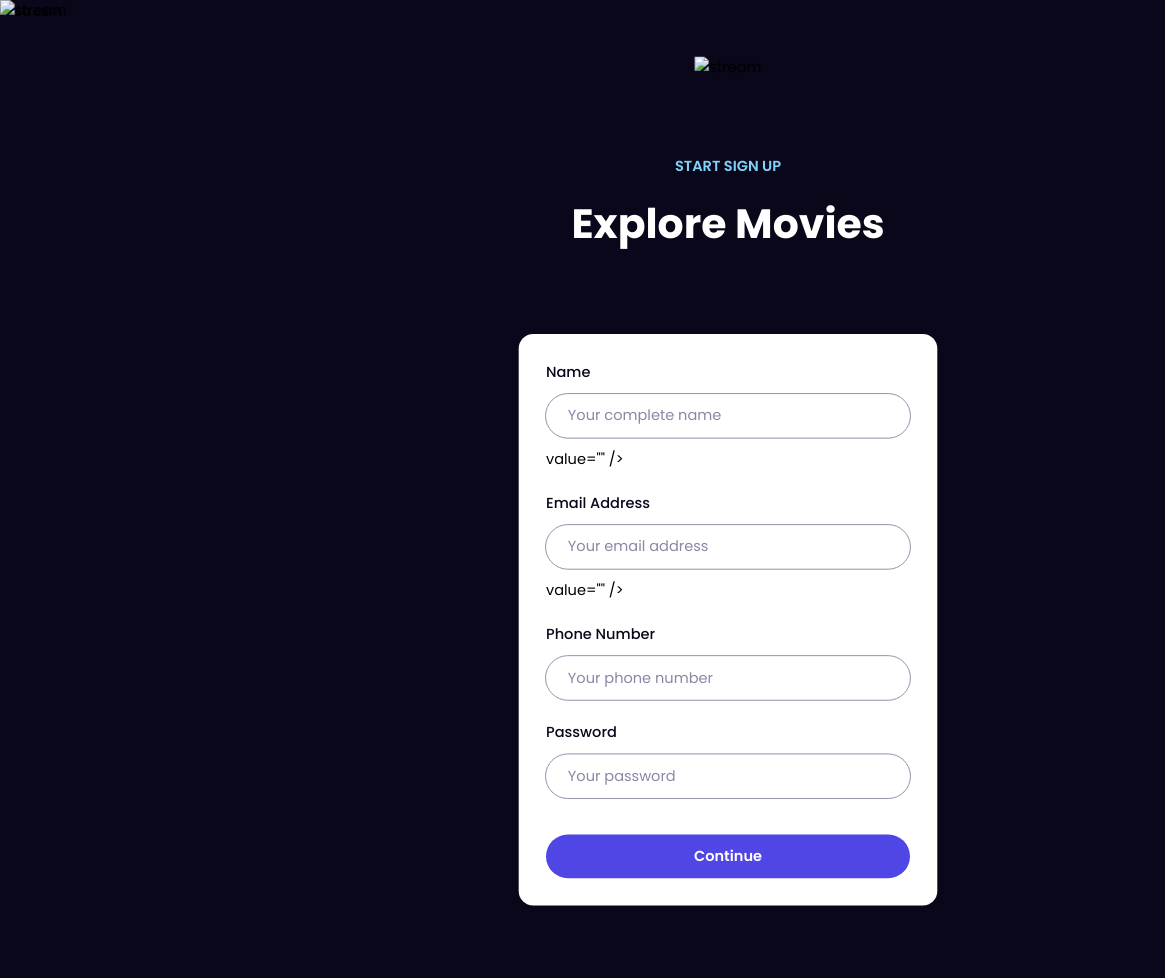
Repository: wijayakusuma-dev/stream-app
Page: http://localhost/register
These files come from the project's save history. The page is drawn as it stood at one moment and after the next save; the edit follows.
The browser window is 1280 px wide. The pictures show the whole page, at 91% of full size.
Some web libraries are served in a nearby version. The page is served by the project's Laravel application, run on PHP 8.4 with Laravel 9.

Above is the page before, as saved 2023-02-07 12:09:24.

After the next save:
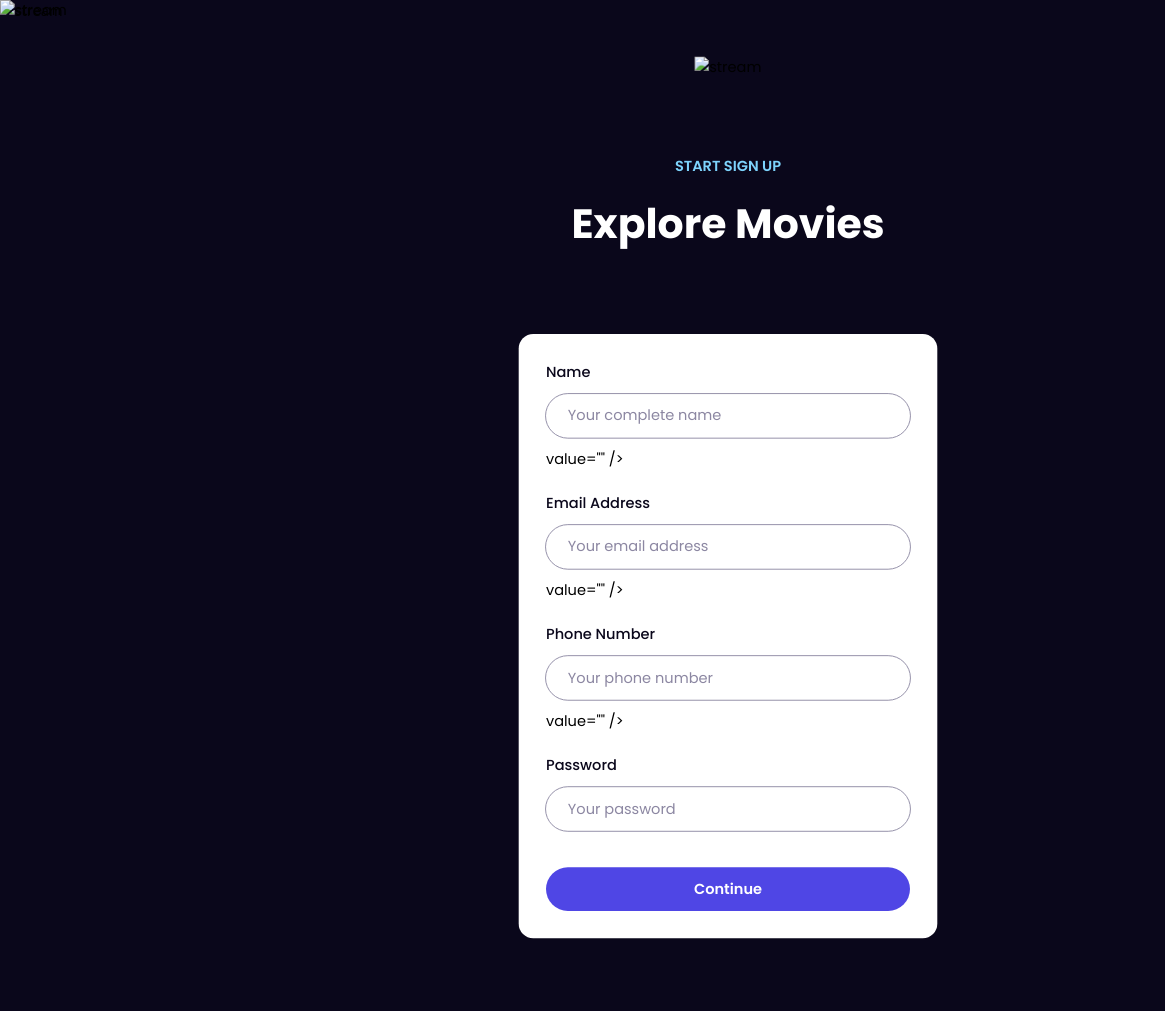
Saved 18 s later.
--- a/resources/views/member/register.blade.php
+++ b/resources/views/member/register.blade.php
@@ -80,6 +80,7 @@
                                     name="phone_number"
                                     class="rounded-full py-3 pr-3 pl-6 text-stream-dark placeholder:text-stream-gray placeholder:font-normal font-medium outline outline-stream-gray outline-1 text-base focus:outline-indigo-600 input-stream"
                                     placeholder="Your phone number" />
+                                    value="{{ old('phone_number') }}" />
                                 @error('phone_number')
                                     <div style="color:red">{{ $message }}</div>
                                 @enderror
